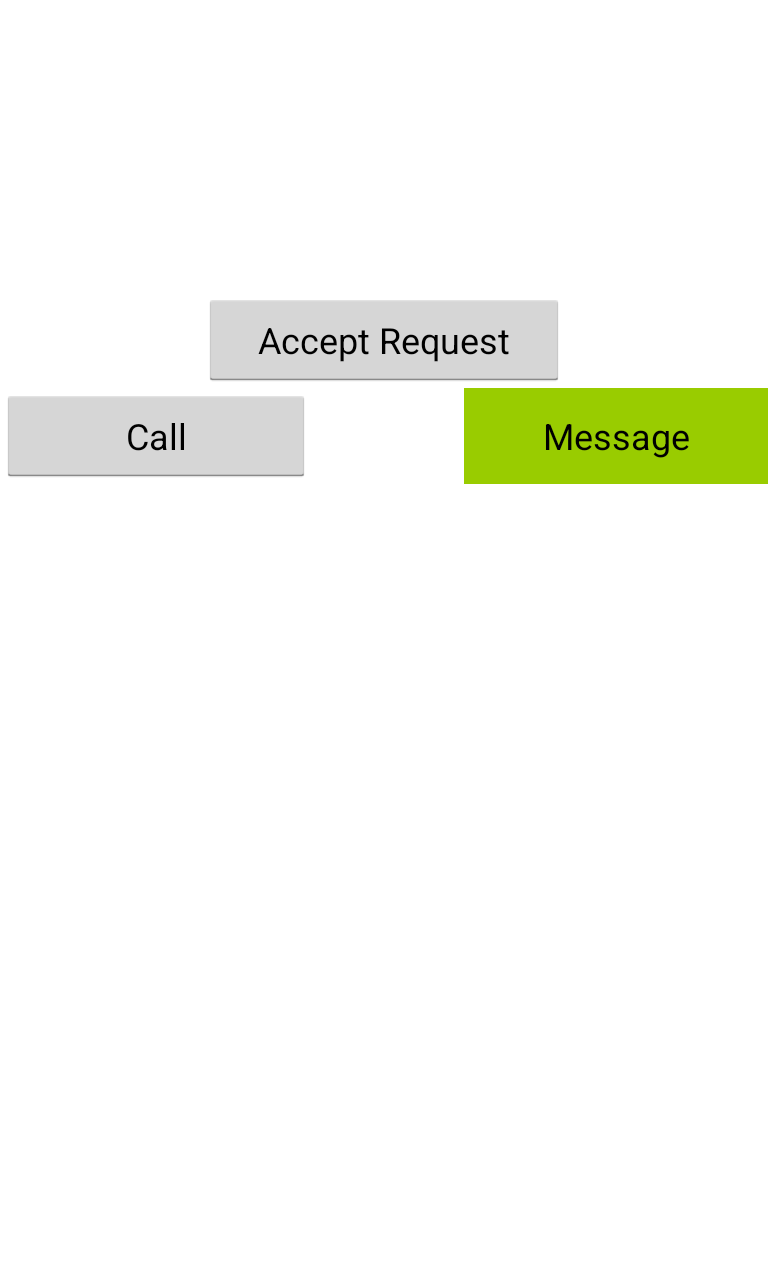
Repository: srivast6/SafeWalk
Layout: android/SafeWalk/res/layout/pop_up.xml
The author's editor kept a copy of each file at every save. The layout is drawn from the files as they stood at one save, then again after the next save.
It is drawn on a 768 x 1280 px phone screen (xhdpi) without system bars, with theme android:Theme.Holo.Light; the app's code is not run.

Above is the layout before, as saved 2013-11-20 15:50:32.

After the next save:
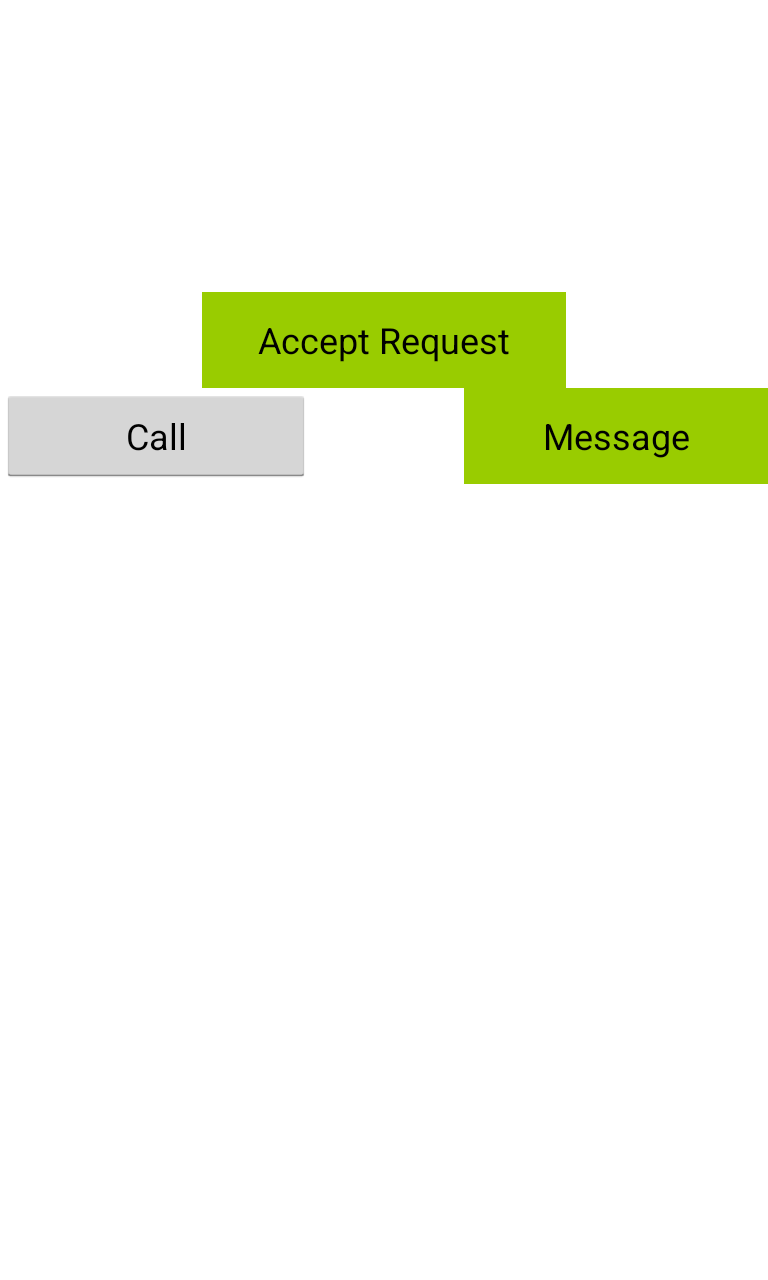
Saved 23 s later.
--- a/android/SafeWalk/res/layout/pop_up.xml
+++ b/android/SafeWalk/res/layout/pop_up.xml
@@ -17,7 +17,8 @@
             android:layout_width="182dp"
             android:layout_height="wrap_content"
             android:layout_marginTop="56dp"
-            android:text="Accept Request" />
+            android:text="Accept Request"
+            android:background="@android:color/holo_green_light" />
     </LinearLayout>
 
     <LinearLayout
